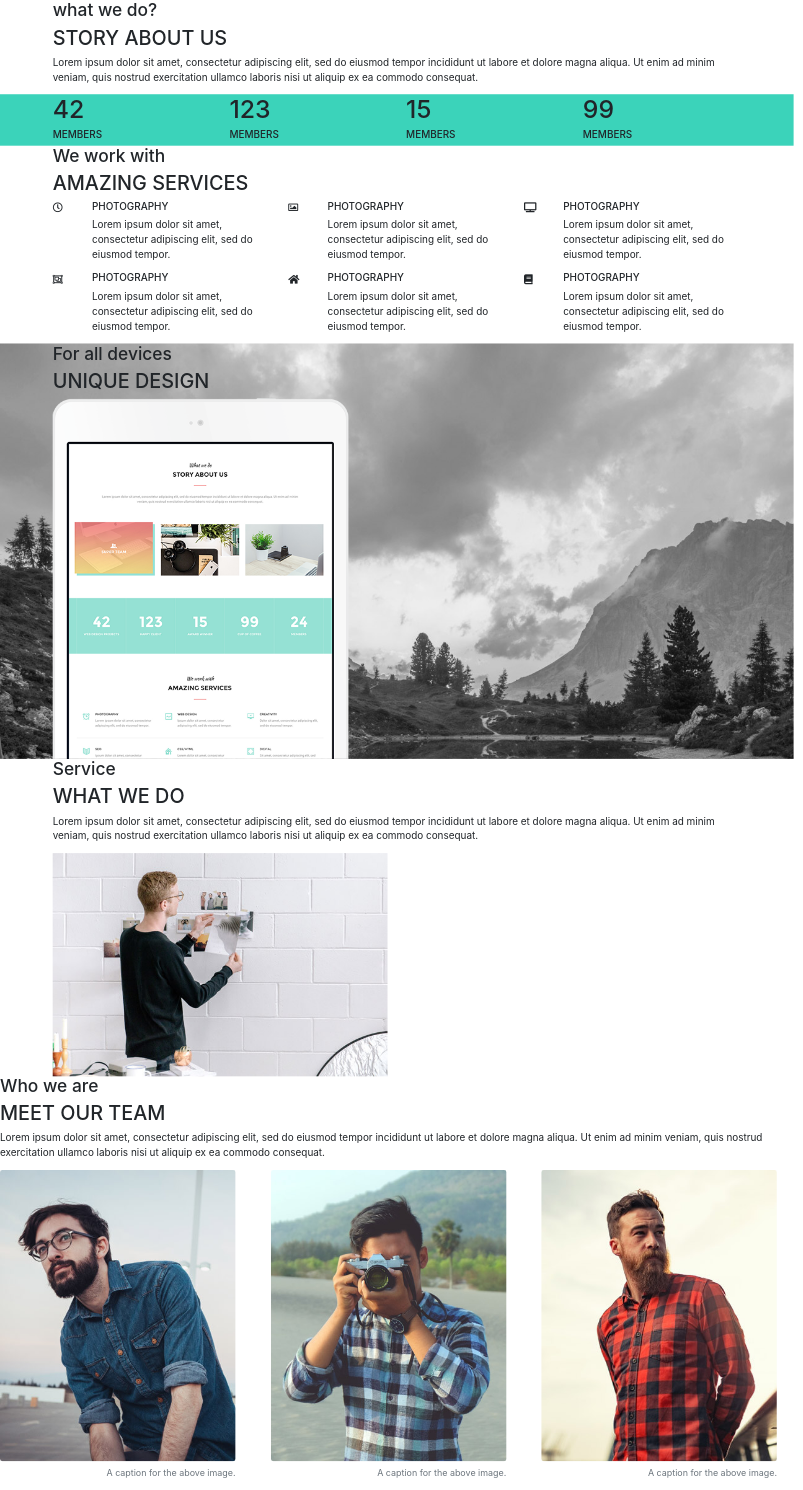
Repository: nourabdelhakam/MoGo-template
Page: index.html
The author's editor kept a copy of each file at every save. The page is drawn from the files as they stood at one save, then again after the next save.
The browser window is 1280 px wide. The page is 1295 px wide, then 1280 px, so the pictures cover 1295 px, including what lies to the right of the window. The pictures show the whole page, at 62% of full size.
Some web libraries are served in a nearby version. The style sheet was rebuilt from its Sass, Less or Tailwind sources for each picture, by a compiler version that may differ from the author's.

Above is the page before, as saved 2021-02-21 19:56:58.

After the next save:
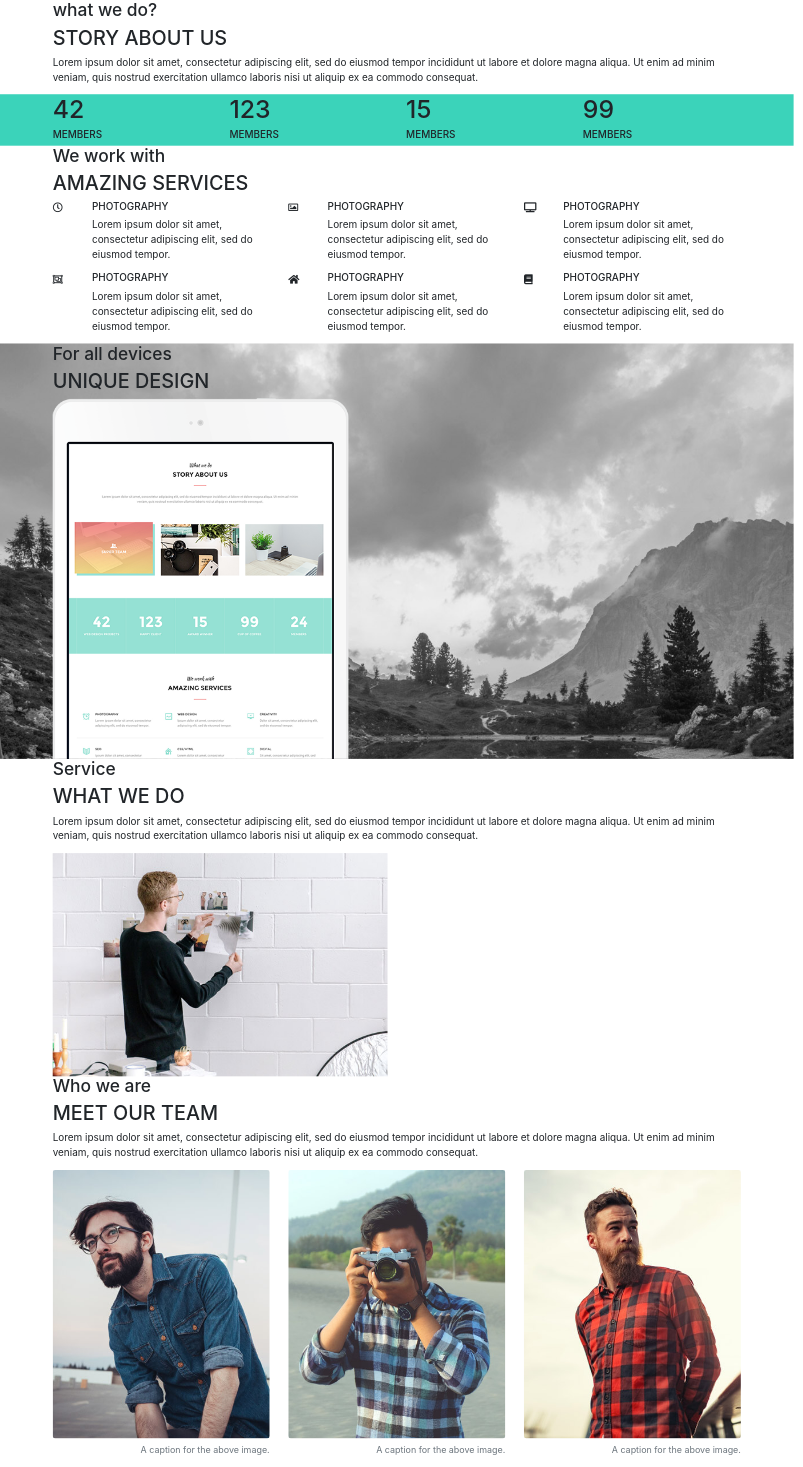
Saved 7 min 24 s later.
--- a/index.html
+++ b/index.html
@@ -145,7 +145,9 @@
 
 
     <!-- Who we are -->
-    <h3>Who we are</h3>
+    <secstion>
+        <div class="container">
+            <h3>Who we are</h3>
     <h2>MEET OUR TEAM</h2>
     <p>Lorem ipsum dolor sit amet, consectetur adipiscing elit, sed do eiusmod tempor incididunt ut labore et dolore magna aliqua. Ut enim ad minim veniam, quis nostrud exercitation ullamco laboris nisi ut aliquip ex ea commodo consequat.</p>
     <div class="row">
@@ -168,6 +170,8 @@
             </figure>
         </div>
     </div>
+        </div>
+    </secstion>
     <!-- Who we are -->
    <!----------------------.------------------------------------------- -- -->
    <script src="js/jquery-3.5.1.slim.min.js"></script>
